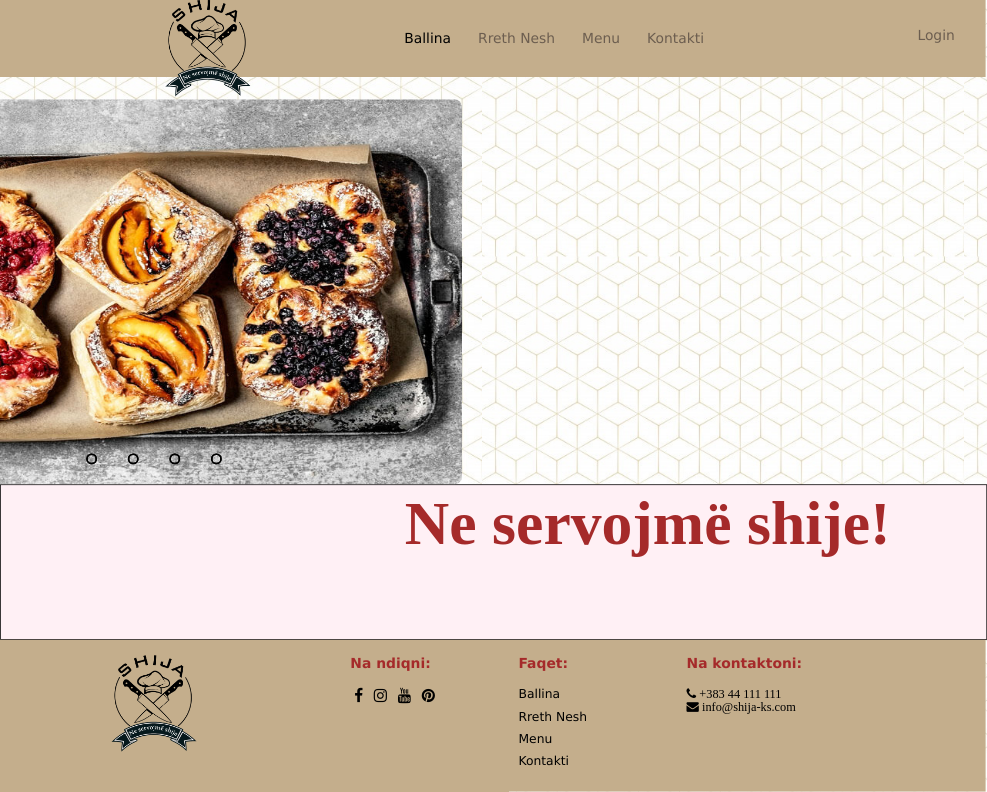
Repository: bs47892/ProjektiWeb-Shija2020
Page: http://localhost/shija.html
The author's editor kept a copy of each file at every save. The page is drawn from the files as they stood at one save, then again after the next save.
The browser window is 1280 px wide. The page is 1282 px wide, so the pictures cover 1282 px, including what lies to the right of the window. The pictures show the whole page, at 77% of full size.
The page is run by PHP 8.4 with error messages shown; the project is at /var/www/html/.

Above is the page before, as saved 2021-02-11 21:44:45.

### shija.html
<!DOCTYPE html>
<html lang="en" dir="ltr">
    <head>
        <meta charset="utf-8">
<title> Restaurant Shija </title>
<link rel="stylesheet" type="text/css" href ="style.css">
<link rel="stylesheet" href="https://stackpath.bootstrapcdn.com/font-awesome/4.7.0/css/font-awesome.min.css">
    </head>
    <body>
       <header class="header">
           <div class ="container">
               <div class="logo">
            <img src="images/logo-png.png" alt="llogo" width="110" height="125"/>
               </div>
           <nav>
            <ul>
                <li><a href="shija.html" class="underline active">Ballina</a></li>
                <li><a href="RrethNesh.html" class="underline">Rreth Nesh</a></li>
                <li><a href="menu.html" class="underline">Menu</a></li>
                <li><a href="kontakti.html" class="underline">Kontakti</a></li>
            </ul>
            </nav>
            <li><a href="login/login.html" class="rightlog">Login</a></li>


           </div>
        </header>
 <!--********************Ketu perfundon tagu per header*****************************-->
 <!--ketu fillon slideri-->
<div class="slider">
    <dic class="slides">
        <input type="radio" name="radio-btn" id="radio1">
        <input type="radio" name="radio-btn" id="radio2">
        <input type="radio" name="radio-btn" id="radio3">
        <input type="radio" name="radio-btn" id="radio4">


        <div class="slide first">
            <img src="images/7.jpg" alt="">
        </div>
        <div class="slide">
            <img src="images/6.jpg" alt="">
        </div>
        <div class="slide">
            <img src="images/3.jpg" alt="">
        </div>
        <div class="slide">
            <img src="images/4.jpg" alt="">
        </div>
        <dic class="navigation-auto">
            <div class="auto-btn1"></div>
            <div class="auto-btn2"></div>
            <div class="auto-btn3"></div>
            <div class="auto-btn4"></div>


        </dic>

        <div class="navigation-manual">
            <label for="radio1" class="manual-btn"></label>
            <label for="radio2" class="manual-btn"></label>
            <label for="radio3" class="manual-btn"></label>
            <label for="radio4" class="manual-btn"></label>

        </div>
</div>
<script type="text/javascript">
var counter=1;
setInterval(function(){
    document.getElementById('radio'+ counter).checked=true;
    counter++;
    if(counter>4){
        counter=1;
    }
},5000);
</script>
<!--ketu perfundon slideri-->
<!--ketu fillon text box sllogani-->
<div class="sllogani">
<h1>Ne servojmë shije!</h1>
</div>
<!--ketu perfundon text box sllogani-->
<!--**************************Ketu fillon footeri**********************************-->
<footer class="footer">
    <div class="inner_footer">
        <div class="logo">
            <img src="images/logo-png.png" alt="llogo" width="110" height="125"/>
        </div>
        <div class ="footer_third">

            <h3>Na ndiqni: </h3>
            <p>

            </p>
            <div class="socials">
            <ul>
            <li><a href="#"><i class="fa fa-facebook"></i></a></li>
            <li><a href="#"><i class="fa fa-instagram"></i></a></li>
            <li><a href="#"><i class="fa fa-youtube"></i></a></li>
            <li><a href="#"><i class="fa fa-pinterest"></i></a></li>
            </ul>
            </div>
        </div>
        <div class ="footer_third">
            <h3>Faqet: </h3>
            <p>

            </p>
            <div class="menu">
            <ul>
                <li><a href="shija.html">Ballina</a></li>
                <li><a href="RrethNesh.html">Rreth Nesh</a></li>
                <li><a href="menu.html">Menu</a></li>
                <li><a href="kontakti.html">Kontakti</a></li>
            </ul>
            </div>
            </div>

        <div class ="footer_third">
            <h3>Na kontaktoni: </h3>
            <p>

            </p>
            <div class="kontakti">
                <i class="fa fa-phone"> +383 44 111 111</i>
            <i class ="fa fa-envelope"> info@shija-ks.com</i>
            </div>
        </div>





    </footer>
    </body>
</html>

### style.css
*{
    margin:0;
    padding:0;
    list-style: none;
    text-decoration: none;
}
body{
    background-image:url(images/mainbackground.jpg);
}


header{
    min-height: 100px;
    background-color: rgb(196, 174, 140);
}
.logo {

    float:left;
    padding: 0 200px 0 215px;

}
nav ul li{
    float: left;
    line-height: 100px; /*text in the center*/
    padding-right: 15px;
}

nav ul li a{
    display: block;
    font-size: 18px;
    font-family:Verdana, Geneva, Tahoma, sans-serif;
    color:rgba(44, 37, 37, 0.582);
    padding: 0px 20px 1px 0px;

}

nav ul li a:hover{
    color:rgb(0, 0, 0);
}

.underline {
    display: inline;
    position: relative;
    user-select: none;
}



.underline::before {
    content: '';
    position: absolute;
    width: 100%;
    transform: scaleX(0);
    height: 3px;
    bottom: 0;
    left: 0;
    background-color: #000000c4;
    transform-origin: center;
    transition: transform 0.30s ease-out;
}
.underline:hover::before {
    transform: scaleX(1);
    transform-origin: center;
}

.active {
    color: black;
}
footer{
    position: relative;;    /*rreshti 47 dhe 48 e definojne poziten e footerit*/
    bottom: 0;
    width: 100vw;
    display: block;
    overflow: hidden;
    padding: 20px 0;
    box-sizing: border-box;
    background-color: rgb(196, 174, 140);
}
.inner_footer{
    display: block;
    margin: 0 auto;
    width: 1100px;
}
.inner_footer .logo{
   padding-left: 5%;

}
.inner_footer .footer_third{

  width: calc(21.666666667% - 20px);
  display: inline;
    float:left;
    height:100%
}
.inner_footer .footer_third:last-child{
    margin-right:0;
}
.inner_footer .footer_third h3{
    font-family: Verdana, Geneva, Tahoma, sans-serif;
    font-size:18px;
    color: brown;
    display:block;
    width: 100%;
    margin-bottom:20px;
}
.inner_footer .footer_third .socials a{
    font-family: Verdana, Geneva, Tahoma, sans-serif;

    display:block;
    color: black;
    font-weight:200;
    width: 100%;
    padding-bottom:20px;
}
.inner_footer .footer_third .socials li{
    display: inline-block;
    padding: 0 5px;
    font-size: 20px;
}
.inner_footer .footer_third .menu a{
    font-family:Verdana, Geneva, Tahoma, sans-serif;
    display:block;
    color: black;
    padding-bottom:10px;
}

.rightlog {
    float: right;
    display: block;
    font-size: 18px;
    font-family:Verdana, Geneva, Tahoma, sans-serif;
    color:rgba(44, 37, 37, 0.582);
    padding: 35px 40px 35px 35px;
}

.rightlog:hover {
    color: black;
}
/*main page (slider)*/
.slider{


    transform: translate(-25%, 0%);
       width:800px;
       height:500px;
       border-radius: 10px;
       overflow:hidden;

   }
   .slides{
       width:500%;
       height: 500px;
       display: flex;
   }
   .slides input{
       display: none;
   }
   .slide{
       width:20%;
       transition: 2s;
   }
   .slide img{
       width:800px;
       height:500px;
   }
   .navigation-manual{
   position: absolute;
   width:800px;
   margin-top: 460px;
   display: flex;
   justify-content: center;

   }
   .manual-btn{
       border:2px solid black;
       padding: 5px;
       border-radius: 10px;
       cursor:pointer;
       transition:1s;
   }
   .manual-btn:not(:last-child){
       margin-right: 40px;
   }
   .manual-btn:hover{
       background-color: black;

   }
   #radio1:checked ~ .first{
       margin-left:0;
   }
   #radio2:checked ~ .first{
       margin-left:-20%;
   }
   #radio3:checked ~ .first{
       margin-left:-40%;
   }
   #radio4:checked ~ .first{
       margin-left:-60%;
   }
   .navigation-auto{
       position: absolute;
       display: flex;
       width:800px;
       justify-content: center;
       margin-top: 460px;
   }
   .navigation-auto div{
       border:2px solid black;
       padding:5px;
       border-radius:10px;
       transition: 1s;
   }
   .navigation-auto div:not(:last-child){
       margin-right: 40px;
   }
   #radio:checked ~ .navigation-auto.auto-btn1{
       background: black;
   }
   #radio:checked ~ .navigation-auto.auto-btn2{
       background: black;
   }
   #radio:checked ~ .navigation-auto.auto-btn3{
       background: black;
   }
   #radio:checked ~ .navigation-auto.auto-btn4{
       background: black;
   }
   /*main slider perfundon ketu*/

   /*sllogani*/
   .sllogani{
       display:block;
       border:1px solid black;
      margin:auto;
       height: 200px;
       width: 100%;
       background-color:lavenderblush;
   }
   .sllogani h1{
      font-size: 500%;
      font-family:Brush Script MT, Brush Script Std, cursive;
      color: brown;

   }
   /*perfundoi sllogani*/


/* Rreth nesh */
.body02 {
    background-image:url(images/rrethdesc.png);
    height: 600px;
    width: 1536px;
}
.about-section{
    font-family: Verdana, Geneva, Tahoma, sans-serif;
}

.inner-container{
    height: 400px;
    font-family: 'Poppins', sans-serif;
}

.inner-container h1{
    font-size: 30px;
    font-weight: 900;
}

.text{
    font-size: 20px;
    color: #545454;
    line-height: px;
    text-align: justify;

}

h1 {
    margin-left: 41%;
    padding-top: 5px;
}

h2 {
    padding-top: 50px;
    padding-left: 30px;
}

p {
    line-height: 24px;
}

/*Menu fillon ketu*/


/*Contact Form fillon ketu*/

.containerc {
    max-width: 700px;
    width: 100%;
    margin: 0% 30% 30% 28% ;
    position: relative;
  }

  #contact input[type="text"],
  #contact input[type="email"],
  #contact input[type="tel"],
  #contact input[type="url"],
  #contact textarea,
  #contact button[type="submit"] {
    font: 400 12px/16px "Roboto", Helvetica, Arial, sans-serif;
  }

  #contact {
    background: #F9F9F9;
    padding: 25px;
    margin: 150px 0;
    box-shadow: 0 0 20px 0 rgba(0, 0, 0, 0.2), 0 5px 5px 0 rgba(0, 0, 0, 0.24);
  }

  #contact h3 {
    display: block;
    font-size: 40px;
    font-weight: 300;
    margin-bottom: 10px;
    text-align:center;
    font-family: Fjalla One, sans-serif;
  }

  #contact h4 {
    margin: 5px 0 15px;
    display: block;
    font-size: 13px;
    font-weight: 400;
    text-align: center;
    font-family: Fjalla One, sans-serif;
  }

  fieldset {
    border: medium none !important;
    margin: 0 0 10px;
    min-width: 100%;
    padding: 0;
    width: 100%;
  }

  #contact input[type="text"],
  #contact input[type="email"],
  #contact input[type="tel"],
  #contact input[type="url"],
  #contact textarea {
    width: 100%;
    border: 1px solid #ccc;
    background: #FFF;
    margin: 0 0 5px;
    padding: 10px;
    font-family: Arial, Helvetica, sans-serif;
  }

  #contact input[type="text"]:hover,
  #contact input[type="email"]:hover,
  #contact input[type="tel"]:hover,
  #contact input[type="url"]:hover,
  #contact textarea:hover {
    -webkit-transition: border-color 0.3s ease-in-out;
    -moz-transition: border-color 0.3s ease-in-out;
    transition: border-color 0.3s ease-in-out;
    border: 1px solid #aaa;
    font-family: Arial, Helvetica, sans-serif;
  }

  #contact textarea {
    height: 100px;
    max-width: 100%;
    resize: none;
  }

  #contact button[type="submit"] {
    cursor: pointer;
    width: 100%;
    border: none;
    background: #000000e1;
    color: rgb(255, 255, 255);
    margin: 0 0 5px;
    padding: 10px;
    font-size: 15px;
    border: 3px solid black;
    border-radius: 10px;
  }

  #contact button[type="submit"]:hover {
    background: rgba(255, 255, 255, 0);
    color: rgb(11, 59, 11);
    border: 3px solid black;
    -webkit-transition: background 1s ease-in-out;
    -moz-transition: background 1s ease-in-out;
    transition: background-color 1s ease-in-out;
  }

  #contact button[type="submit"]:active {
    box-shadow: inset 0 1px 3px rgb(126, 0, 0);
  }

  .copyright {
    text-align: center;
  }

  .aboutlink {
    font-size: 18px;
    color: #000000;
  }

  .aboutlink:hover {
    font-size: 18.9px;
  }

  #contact input:focus,
  #contact textarea:focus {
    outline: 0;
    border: 1px solid #aaa;
  }

  ::-webkit-input-placeholder {
    color: #888;
  }

  :-moz-placeholder {
    color: #888;
  }

  ::-moz-placeholder {
    color: #888;
  }

  :-ms-input-placeholder {
    color: #888;
  }

  /*main page (slider)
.slider{


 transform: translate(-25%, 0%);
    width:800px;
    height:500px;
    border-radius: 10px;
    overflow:hidden;

}
.slides{
    width:500%;
    height: 500px;
    display: flex;
}
.slides input{
    display: none;
}
.slide{
    width:20%;
    transition: 2s;
}
.slide img{
    width:800px;
    height:500px;
}
.navigation-manual{
position: absolute;
width:800px;
margin-top: 460px;
display: flex;
justify-content: center;

}
.manual-btn{
    border:2px solid black;
    padding: 5px;
    border-radius: 10px;
    cursor:pointer;
    transition:1s;
}
.manual-btn:not(:last-child){
    margin-right: 40px;
}
.manual-btn:hover{
    background-color: black;

}
#radio1:checked ~ .first{
    margin-left:0;
}
#radio2:checked ~ .first{
    margin-left:-20%;
}
#radio3:checked ~ .first{
    margin-left:-40%;
}
#radio4:checked ~ .first{
    margin-left:-60%;
}
.navigation-auto{
    position: absolute;
    display: flex;
    width:800px;
    justify-content: center;
    margin-top: 460px;
}
.navigation-auto div{
    border:2px solid black;
    padding:5px;
    border-radius:10px;
    transition: 1s;
}
.navigation-auto div:not(:last-child){
    margin-right: 40px;
}
#radio:checked ~ .navigation-auto.auto-btn1{
    background: black;
}
#radio:checked ~ .navigation-auto.auto-btn2{
    background: black;
}
#radio:checked ~ .navigation-auto.auto-btn3{
    background: black;
}
#radio:checked ~ .navigation-auto.auto-btn4{
    background: black;
}
*/

After the next save:
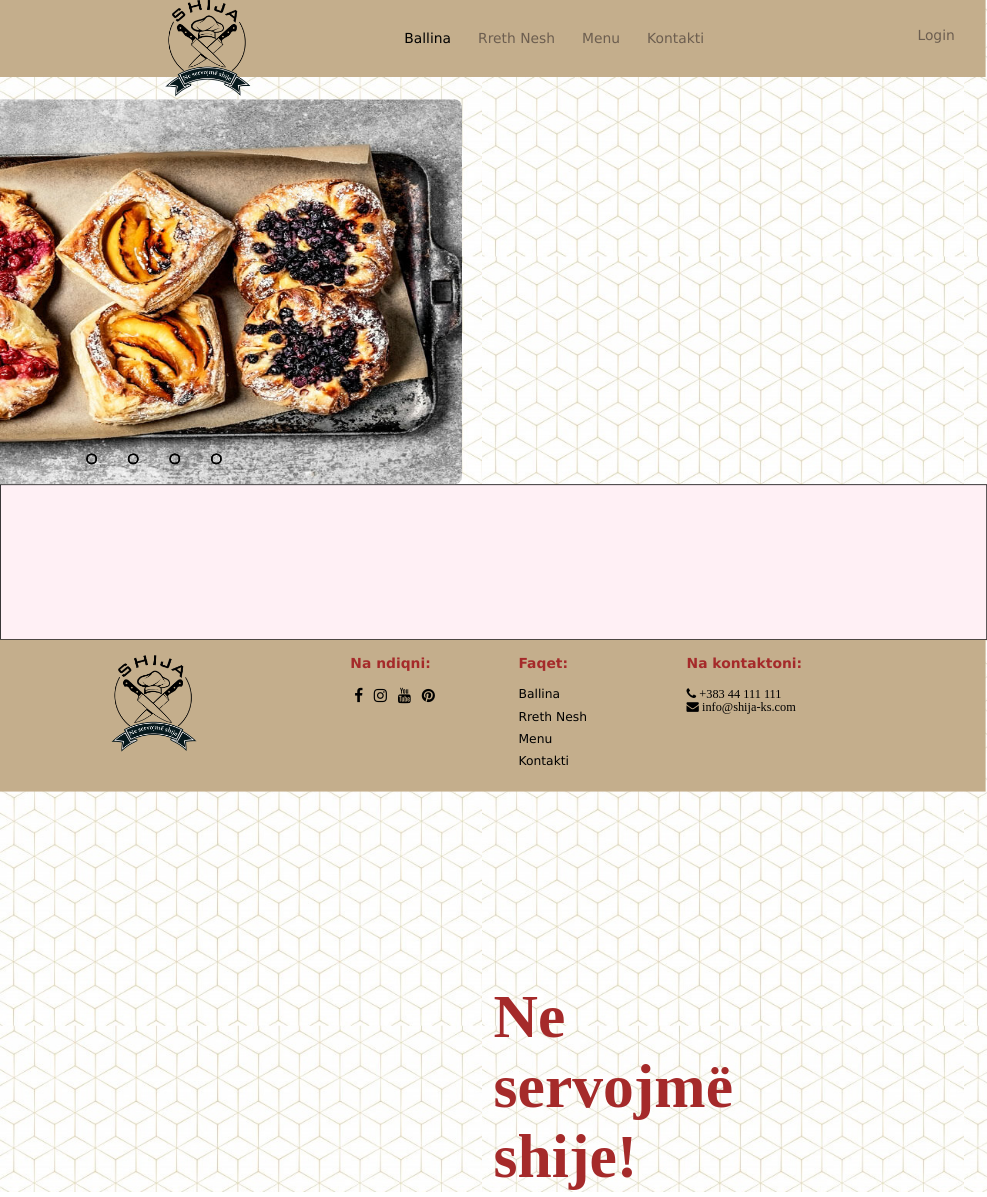
Saved 57 s later.
--- a/style.css
+++ b/style.css
@@ -231,7 +231,6 @@ footer{
    .sllogani{
        display:block;
        border:1px solid black;
-      margin:auto;
        height: 200px;
        width: 100%;
        background-color:lavenderblush;
@@ -240,6 +239,7 @@ footer{
       font-size: 500%;
       font-family:Brush Script MT, Brush Script Std, cursive;
       color: brown;
+      margin: 50%;
 
    }
    /*perfundoi sllogani*/
